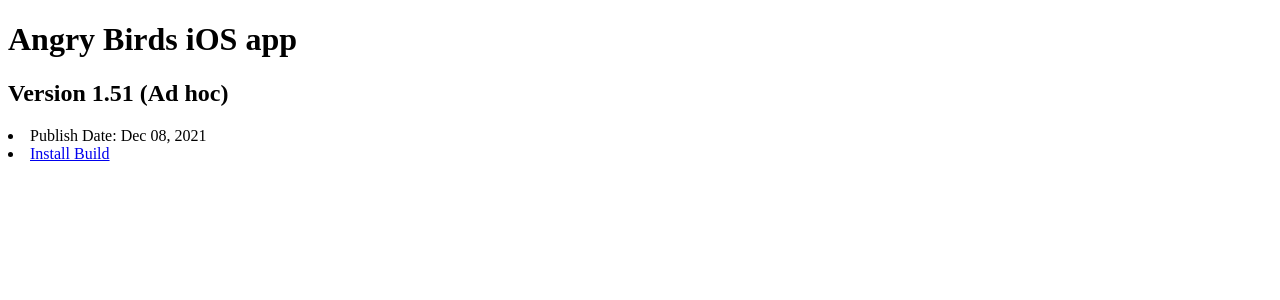
Repository: KhoKhoCrunch/KhoKhoCrunch.github.io
Page: rrplus/index.html
These files come from the project's save history. The page is drawn as it stood at one moment and after the next save; the edit follows.
The browser window is 1280 px wide. The pictures show the whole page.

Above is the page before, as saved 2021-12-08 21:25:29.

### rrplus/index.html
<!DOCTYPE HTML>
<html lang="en-US">
    <head>
      <meta charset="UTF-8">
      <title>Internal Ad hoc Builds</title>
    </head>
    <body>
      <h1>Angry Birds iOS app</h1>
      <h2>Version 1.51 (Ad hoc)</h2>
        <li>
          Publish Date: Dec 08, 2021
        </li>
        <li>
          <a href="itms-services://?action=download-manifest&url=https://KhoKhoCrunch.github.io/rrplus/manifest.plist">Install Build</a>
        </li>
    </body>
</html>

After the next save:
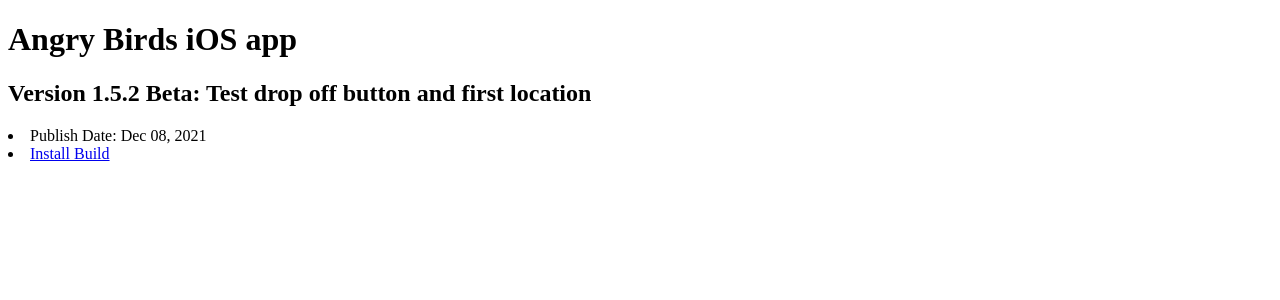
Saved 9 days later.
--- a/rrplus/index.html
+++ b/rrplus/index.html
@@ -6,7 +6,8 @@
     </head>
     <body>
       <h1>Angry Birds iOS app</h1>
-      <h2>Version 1.51 (Ad hoc)</h2>
+      <h2>Version 1.5.2 Beta: Test drop off button and first location</h2>
+
         <li>
           Publish Date: Dec 08, 2021
         </li>
